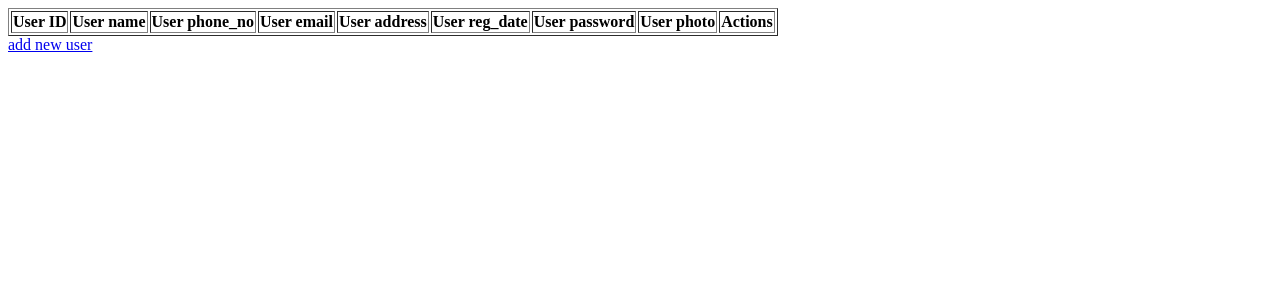
Repository: rathorea439/eLearning
Page: http://localhost/eLearing-springMVC/WEB-INF/views/User.jsp
The author's editor kept a copy of each file at every save. The page is drawn from the files as they stood at one save, then again after the next save.
The browser window is 1280 px wide. The pictures show the whole page.
The page is served by Tomcat 9. Nobody is signed in. Other server files are loaded and not shown. The template is opened directly, without the code that normally fills it, so the values that code supplies are empty.

Above is the page before, as saved 2021-07-28 08:56:11.

### eLearing-springMVC/src/main/webapp/WEB-INF/views/User.jsp
<%@ page language="java" contentType="text/html; charset=ISO-8859-1"
    pageEncoding="ISO-8859-1"%>
    <%@ page isELIgnored="false" %>
    <%@ taglib uri="http://java.sun.com/jsp/jstl/core" prefix="c"%>
<!DOCTYPE html PUBLIC "-//W3C//DTD HTML 4.01 Transitional//EN" "http://www.w3.org/TR/html4/loose.dtd">
<html>
<head>
<meta http-equiv="Content-Type" content="text/html; charset=ISO-8859-1">
<title>User data</title>
</head>
<body>


<table border="1">
		<tr>
			<th>User ID</th>
			<th>User name</th>
			<th>User phone_no</th>
			<th>User email</th>
			<th>User address</th>
			<th>User reg_date</th>
			<th>User password</th>
			<th>User photo</th>
			<th>Actions</th>
		</tr>

		<c:forEach var="user" items="${list }">
			<tr>
				<td>${user.user_id }</td>
				<td>${user.name }</td>
				<td>${user.phone_no }</td>
				<td>${user.email }</td>
				<td>${user.address }</td>
				<td>${user.reg_date }</td>
				<td>${user.password }</td>
				<td>${user.upload_photo }</td>

				<td><a href="<c:url value='/delete-user/${user.user_id }'/>">Delete</a>
					| <a href="<c:url value='/update-user/${user.user_id }'/>">Update</a></td>
			</tr>
		</c:forEach>
	</table>
	<a href = "adduser">add new user</a>
</body>
</html>

After the next save:
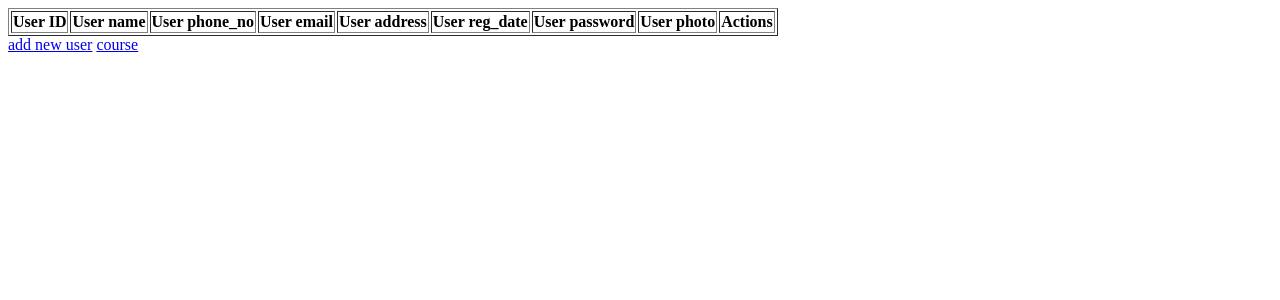
Saved 5 min 27 s later.
--- a/eLearing-springMVC/src/main/webapp/WEB-INF/views/User.jsp
+++ b/eLearing-springMVC/src/main/webapp/WEB-INF/views/User.jsp
@@ -41,5 +41,6 @@
 		</c:forEach>
 	</table>
 	<a href = "adduser">add new user</a>
+	<a href = "course-list"> course</a>
 </body>
 </html>
